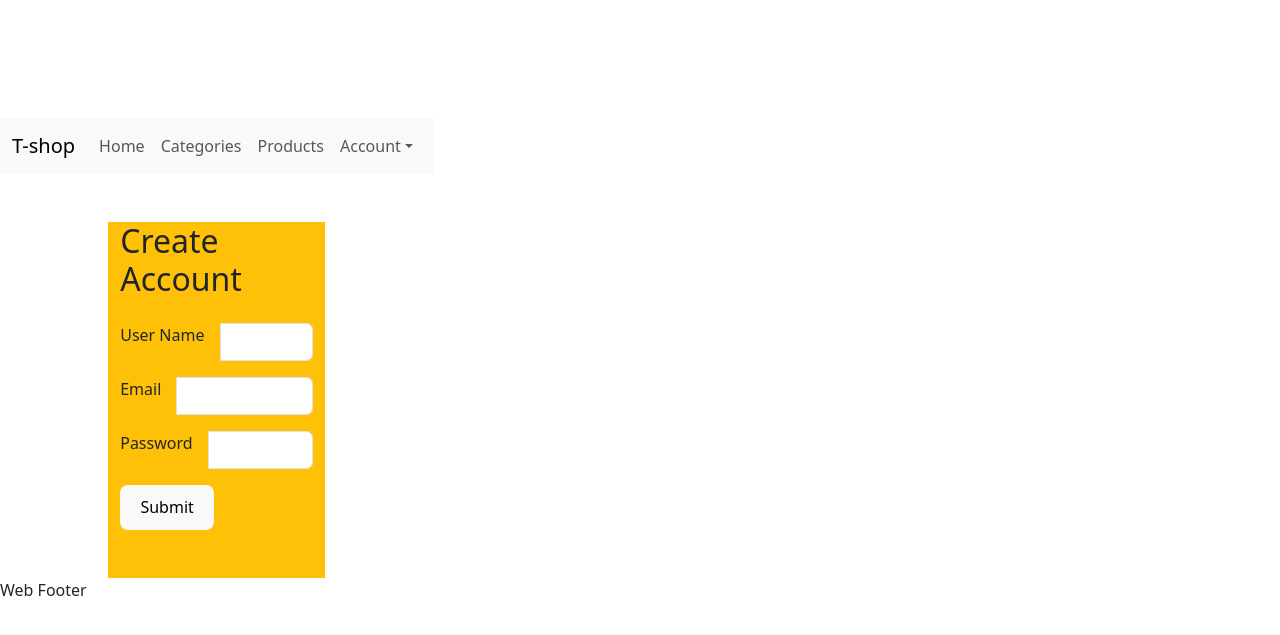
Repository: HadelAbdellatif/ecommerce1
Page: /register
An editor plug-in stored every save of this project. The page is shown before and after the next save, followed by the edit.
The browser window is 1280 px wide. The pictures show the whole page.
The project was rebuilt for these pictures with package versions that can differ from the ones it lists, and the page was loaded fresh each time. Also part of the build but not shown: vite.config.js, src/components/web/home/Home.jsx, src/components/web/categories/Categories.jsx, src/components/dashboard/navbar/Navbar.jsx, src/components/dashboard/footer/Footer.jsx, src/layouts/DashboardLayout.jsx, src/components/dashboard/home/Home.jsx, src/components/dashboard/categories/Categories.jsx.

Above is the page before, as saved 2023-11-25 15:09:39.

### src/main.jsx
import React from 'react'
import ReactDOM from 'react-dom/client'

import '../node_modules/bootstrap/dist/css/bootstrap.min.css'
import '../node_modules/bootstrap/dist/js/bootstrap.bundle.min.js'

import { ToastContainer } from 'react-toastify';
import 'react-toastify/dist/ReactToastify.css';

import App from './App.jsx'
import './index.css'

ReactDOM.createRoot(document.getElementById("root")).render(
  <App />
);

### src/App.jsx
import React from 'react'
import {router} from './layouts/Routes.jsx'
import axios from 'axios'
import { ToastContainer } from 'react-toastify';
import {createBrowserRouter, RouterProvider, } from "react-router-dom";



export default function App() {
  return (
    <RouterProvider router={router} />
  )
}

### src/layouts/Routes.jsx

import {createBrowserRouter, RouterProvider, } from "react-router-dom";

import Layout from "./Layout.jsx";
import Home from "./../components/web/home/Home.jsx";
import Categories from "./../components/web/categories/Categories.jsx";
import Register from "../components/web/register/Register.jsx";

import DashboardLayout from "../layouts/DashboardLayout.jsx";
import DashboardHome from "../components/dashboard/home/Home.jsx";
import DashboardCategories from "../components/dashboard/categories/Categories.jsx";


export const router = createBrowserRouter([
    {
      path: "/",
      element: <Layout />,
      children:[
        {
          path:'home',
          element: <Home />
        },
        {
          path:'categories',
          element: <Categories />
        },
        {
          path:'register',
          element: <Register />
        },
        {
          path:'*',
          element: <h2 className='fst-italic'>page not found --- web</h2>
        }
      ]
    },
    {
      path:"/dashboard",
      element: <DashboardLayout />,
      children:[
        {
          path:'home',
          element: <DashboardHome />
        },
        {
          path:'categories',
          element: <DashboardCategories />
        },
        {
          path:'*',
          element: <h2 className='fst-italic'>page not found --- dashboard</h2>
        }
      ]
    }

  ]);

### src/layouts/Layout.jsx
import React from 'react'
import Navbar from '../components/web/navbar/Navbar'
import Footer from '../components/web/footer/Footer'
import { Outlet } from 'react-router-dom'

export default function Layout() {
    return (
        <>
            <Navbar />
            <Outlet />
            <Footer />
        </>
    )
}

### src/components/web/register/Register.jsx
import React from 'react'
import Input from '../../shared/Input';
import { useFormik } from 'formik';
import { registerSchema } from '../Validate';

export default function Register() {

    const onSubmit = values => {
        console.log(values);
    }

    const initialValues = {
        userName: '',
        email: '',
        password: '',
    }

    const formik = useFormik({  //like backend
        initialValues
        ,
        onSubmit
        ,
        validationSchema: registerSchema
        /*  validate: values => {
              let errors = {};
              if (!values.userName) {
                  errors.userName = "user name is required";
              }
              if (!values.email) {
                  errors.email = "email is required";
              }
              if (!values.password) {
                  errors.password = "password is required";
              }

              return errors;
          }
          */
    });


    const inputs = [
        {
            id: 'username',
            type: 'text',
            name: 'userName',  //like backend
            title: 'User Name',
            value: formik.values.userName,  //like backend
        },
        {
            id: 'email',
            type: 'email',
            name: 'email', //like backend
            title: 'Email',
            value: formik.values.email, //like backend

        },
        {
            id: 'password',
            type: 'password',
            name: 'password', //like backend
            title: 'Password',
            value: formik.values.password, //like backend
        },
    ];


    const renderInputs = inputs.map((input, index) =>
        <Input
            type={input.type}
            id={input.id}
            name={input.name}
            title={input.title}
            value={input.value}
            onChange={formik.handleChange}
            errors={formik.errors}
            onBlur={formik.handleBlur}
            touched={formik.touched}
            key={index} />
    )


    return (
        <>
            <div className="container bg-warning w-50">
                <h2 className='mt-5'>Create Account</h2>
                <div className='d-flex '>

                    <form className='mb-5' onSubmit={formik.handleSubmit}>
                        {renderInputs}

                        <button type='submit' disabled={!formik.isValid}>Submit</button>
                    </form>
                </div>
            </div>
        </>
    )
}

### src/components/web/navbar/Navbar.jsx
import React from 'react'
import { Link } from 'react-router-dom'

export default function Navbar() {
  return (
    <>
      <nav className="navbar navbar-expand-lg bg-body-tertiary">
        <div className="container">
          <a className="navbar-brand" href="#">T-shop</a>
          <button className="navbar-toggler" type="button" data-bs-toggle="collapse" data-bs-target="#navbarSupportedContent" aria-controls="navbarSupportedContent" aria-expanded="false" aria-label="Toggle navigation">
            <span className="navbar-toggler-icon" />
          </button>
          <div className="collapse navbar-collapse" id="navbarSupportedContent">
            <ul className="navbar-nav m-auto mb-2 mb-lg-0">

              <li className="nav-item">
                <a className="nav-link" href="#">Home</a>
              </li>


              <li className="nav-item">
                <a className="nav-link" href="#">Categories</a>
              </li>


              <li className="nav-item">
                <a className="nav-link" href="#">Products</a>
              </li>


            </ul>
            <ul className="navbar-nav">
              <li className="nav-item dropdown">
                <a className="nav-link dropdown-toggle" href="#" role="button" data-bs-toggle="dropdown" aria-expanded="false">
                  Account
                </a>
                <ul className="dropdown-menu ">
                  <li><Link  to={"/register"} className="dropdown-item" href="#">register</Link></li>
                  <li><hr className="dropdown-divider" /></li>
                  <li><a className="dropdown-item" href="#">login</a></li>
                </ul>
              </li>
            </ul>

          </div>
        </div>
      </nav>

    </>
  )
}

### src/components/web/footer/Footer.jsx
import React from 'react'

export default function Footer() {
  return (
    <div>Web Footer</div>
  )
}

### src/components/shared/Input.jsx
import React from 'react'

export default function Input({ id, title, type = 'text', name, value, onChange, errors, onBlur, touched }) {
    return (
        <>
            <div className="input-group my-3">
                <label htmlFor={id} className='me-3'>{title}</label>
                <input type={type} name={name} className="form-control" id={id} value={value} onChange={onChange} onBlur={onBlur}/>
                {touched[name] && errors[name] && <p className='text text-danger'>{errors[name]}</p>}
            </div>
        </>
    )
}

### src/components/web/Validate.js
import * as yup from 'yup';

export const registerSchema = yup.object({
    userName: yup.string().required("username is required").min(3, "must be at least 3 char").max(30, "max is 30 char"),
    email: yup.string().required("email is required").email(),
    password: yup.string().required("password is required").min(3, "must be at least 3 char").max(30, "max is 30 char"),

})

Loaded but not shown: index.html (common file); src/index.css (common file)

After the next save:
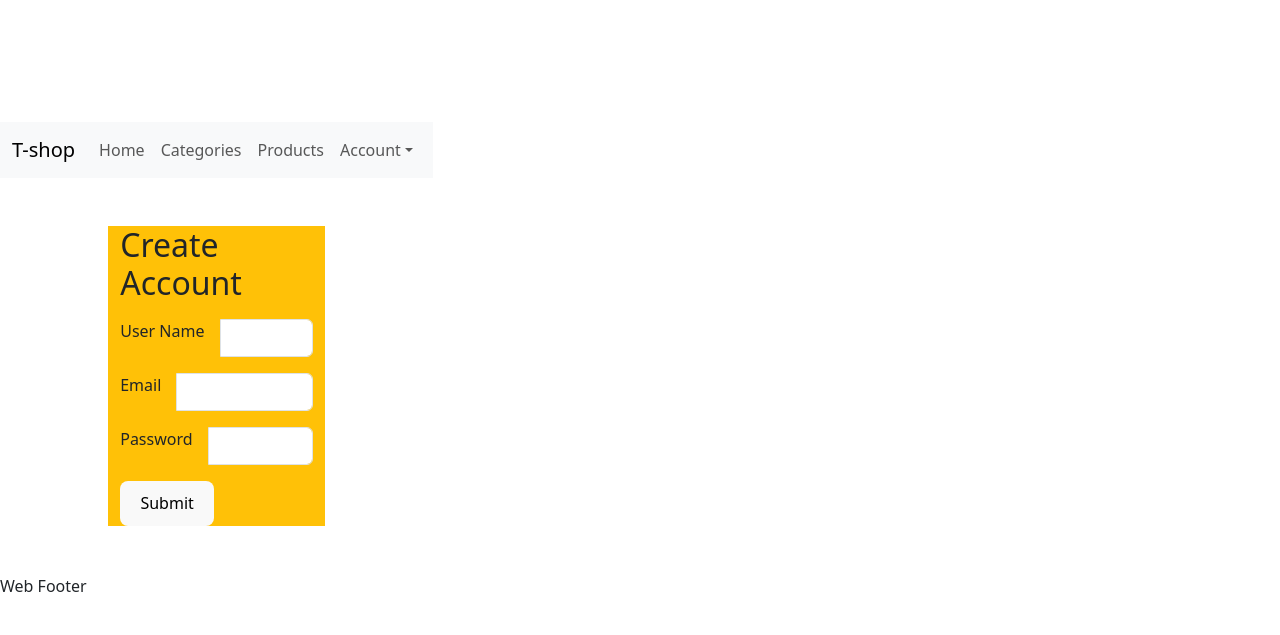
Saved 6 s later.
--- a/src/components/web/register/Register.jsx
+++ b/src/components/web/register/Register.jsx
@@ -84,7 +84,7 @@ export default function Register() {
         <>
             <div className="container bg-warning w-50">
                 <h2 className='mt-5'>Create Account</h2>
-                <div className='d-flex '>
+                <div className=' '>
 
                     <form className='mb-5' onSubmit={formik.handleSubmit}>
                         {renderInputs}
